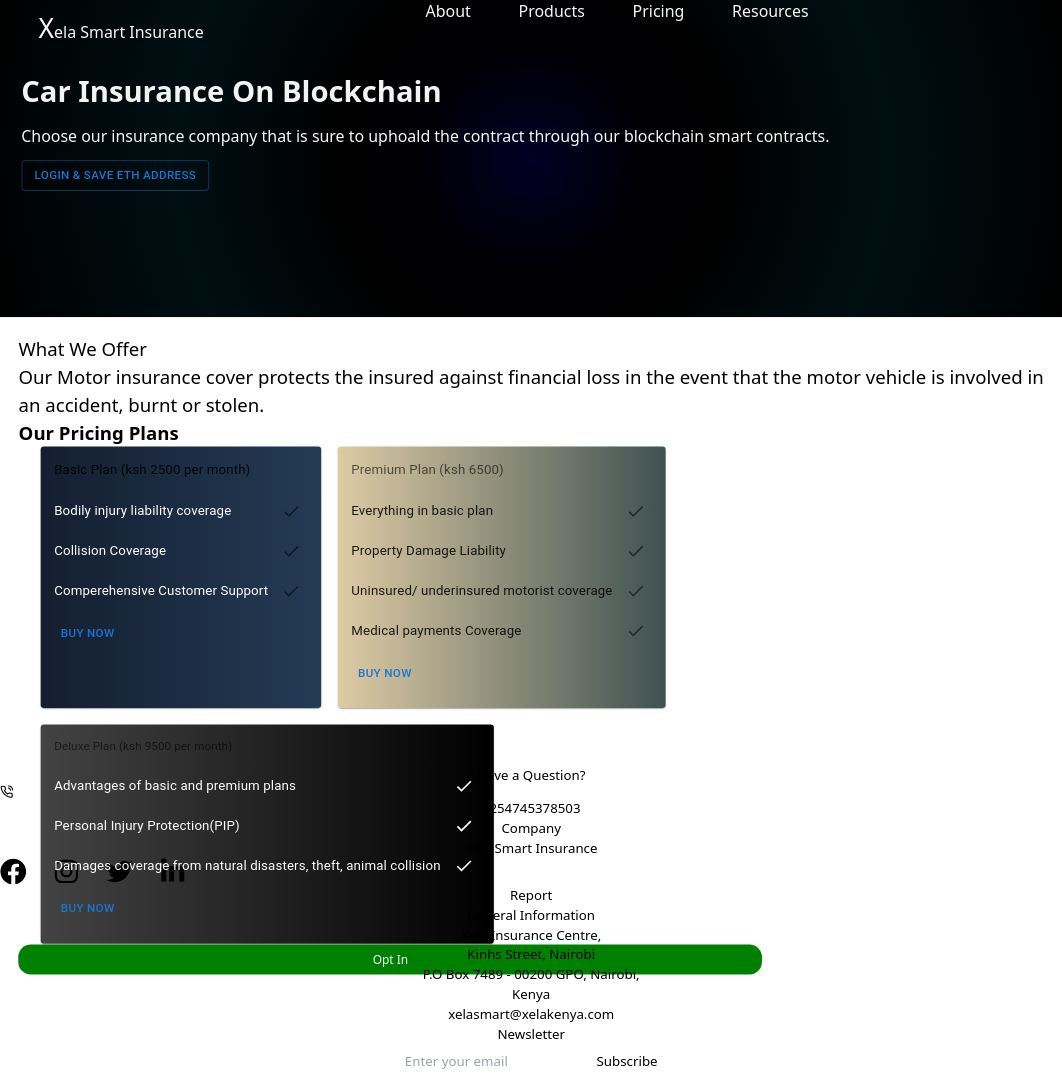
Repository: ALVIN-OBONYO/Xela-smart_insuarance
Page: / (app in frontend/)
These files come from the project's save history. The page is drawn as it stood at one moment and after the next save; the edit follows.
The browser window is 1280 px wide. The pictures show the whole page, at 83% of full size.
The project was rebuilt for these pictures with package versions that can differ from the ones it lists, and the page was loaded fresh each time. Also part of the build but not shown: frontend/src/Pages/Policies.jsx, frontend/src/Components/Calendar.css, frontend/src/Components/Calendar.jsx, frontend/src/Components/Input.js, frontend/src/Components/Upload.css, frontend/src/Components/Upload.js, frontend/src/Pages/ReportForm.jsx, frontend/src/Pages/Report.jsx and 2 more.

Above is the page before, as saved 2022-10-03 16:02:53.

### frontend/public/index.html
<!DOCTYPE html>
<html lang="en">
  <head>
    <meta charset="utf-8" />
    <link rel="icon" href="%PUBLIC_URL%/favicon.ico" />
    <meta name="viewport" content="width=device-width, initial-scale=1" />
    <meta name="theme-color" content="#000000" />
    <meta
      name="description"
      content="Web site created using create-react-app"
    />
    <link rel="apple-touch-icon" href="%PUBLIC_URL%/logo192.png" />
    <!--
      manifest.json provides metadata used when your web app is installed on a
      user's mobile device or desktop. See https://developers.google.com/web/fundamentals/web-app-manifest/
    -->
    <link rel="manifest" href="%PUBLIC_URL%/manifest.json" />
    <!--
      Notice the use of %PUBLIC_URL% in the tags above.
      It will be replaced with the URL of the `public` folder during the build.
      Only files inside the `public` folder can be referenced from the HTML.

      Unlike "/favicon.ico" or "favicon.ico", "%PUBLIC_URL%/favicon.ico" will
      work correctly both with client-side routing and a non-root public URL.
      Learn how to configure a non-root public URL by running `npm run build`.
    -->
    <title>React App</title>
  </head>
  <body>
    <noscript>You need to enable JavaScript to run this app.</noscript>
    <link
    href="https://unpkg.com/tailwindcss@^1.0/dist/tailwind.min.css"
    rel="stylesheet"
  />
  <script
    src="https://cdnjs.cloudflare.com/ajax/libs/web3/1.6.1/web3.min.js"
    integrity="sha512-5erpERW8MxcHDF7Xea9eBQPiRtxbse70pFcaHJuOhdEBQeAxGQjUwgJbuBDWve+xP/u5IoJbKjyJk50qCnMD7A=="
    crossorigin="anonymous"
    referrerpolicy="no-referrer"
  ></script>
    <div id="root"></div>
    <!--
      This HTML file is a template.
      If you open it directly in the browser, you will see an empty page.

      You can add webfonts, meta tags, or analytics to this file.
      The build step will place the bundled scripts into the <body> tag.

      To begin the development, run `npm start` or `yarn start`.
      To create a production bundle, use `npm run build` or `yarn build`.
    -->
  </body>
</html>

### frontend/src/index.js
import React from 'react';
import ReactDOM from 'react-dom/client';
import './index.css';
import App from './App';
import reportWebVitals from './reportWebVitals';
import { BrowserRouter } from 'react-router-dom';
const root = ReactDOM.createRoot(document.getElementById('root'));
root.render(
  <React.StrictMode>
     <BrowserRouter>
       <App />
    </BrowserRouter>
  </React.StrictMode>
);

// If you want to start measuring performance in your app, pass a function
// to log results (for example: reportWebVitals(console.log))
// or send to an analytics endpoint. Learn more: https://bit.ly/CRA-vitals
reportWebVitals();

### frontend/src/App.jsx
import './App.css';
import RoutePages from './Components/RoutePages';

function App() {
  return (
    <div className="App">
      <RoutePages/>
    </div>
  );
}

export default App;

### frontend/src/Components/RoutePages.jsx
import React from 'react'
import { Routes, Route} from 'react-router-dom'
import EntryPage from '../Pages/Entrypage'
import PolicyMaker from '../Pages/Policies'
import ReportForm from '../Pages/ReportForm'
import Report from '../Pages/Report'
import ReportInfo from '../Pages/ReportInfo'
import FormPagination from './FormPagination'
const RoutePages = () => {
    return (


   <Routes>

    <Route exact path="/" element={<EntryPage />} />
    <Route path="policy" element={<PolicyMaker />} />

    <Route path="report/2" element={<ReportForm/> } />
    <Route path="report/1" element={<ReportInfo />} />
    <Route path="report/*" element={<FormPagination />} />

   </Routes>


    )
}

export default RoutePages

### frontend/src/Pages/Entrypage.jsx
import React, {useState, useRef} from 'react'
import "../Components/Navbar.css"
import { FaTimes, FaBars, FaInstagram, FaTwitter, FaLinkedinIn, FaFacebook, } from 'react-icons/fa'
import {FiPhoneCall} from 'react-icons/fi'
import { Link} from 'react-router-dom'
import { loginWithEth } from '../Services/LoginWithEth'
import { truncateAddress } from '../Services/TruncateAddress'
import Web3 from 'web3'
import { getContractSymbol } from '../Services/Contract'
import TextField from '@mui/material/TextField'
import Button from "@mui/material/Button"
import FormGroup from "@mui/material/FormGroup"
import PlanCard from "../Components/Cards"
const Entrypage = () => {
        const [navButton, setNavButton] = useState(false)
        const [policy, setPolicy] = useState("")
        const switchNavState = () => setNavButton(!navButton)
        const buttonLogout = useRef(null)
        const yourAddress = useRef()
        window.userAddress = null



        window.onload = async () => {
            if (window.ethereum) {
                window.web3 = new Web3(window.ethereum)
            } else {
                alert("No ETH browser extension detected.")
            }
        }

        function showAddress() {
          if (!window.userAddress) {
            yourAddress.current.innerText = ""
            buttonLogout.current.classList.add("hidden")
             return false
        }

        yourAddress.innerText = `ETH Address: ${truncateAddress(window.userAddress)}`
        buttonLogout.classList.remove("hidden")
    }

         function logout() {
            window.userAddress = null
            window.localStorage.removeItem(buttonLogout)
            showAddress()
}

    return (
        <>
        <header>
        <nav id="my-nav">
        <h1 className='brand'><span className='X'>X</span>ela Smart Insurance</h1>
        <div className='toogleNav' onClick={switchNavState} >{navButton ?
        <div id="bars">

            <FaBars size="2.5em"/>
            </div> :
            <div className = "navflex">
            <div id="times">
                <FaTimes />
                </div>
            <h4>About</h4>
            <h4>Products</h4>
            <h4>Pricing</h4>
            <h4>Resources</h4>
            </div>

}
        </div>
        <div className='nav-section'>
            <h4>About</h4>
            <h4>Products</h4>
            <h4>Pricing</h4>
            <h4>Resources</h4>
        </div>
        </nav>
        <section className="top-descr" id='top'>
            <h1 id="top-h3">Car Insurance On Blockchain</h1>
            <p id="top-pg">Choose our insurance company that is sure to uphoald the contract through our blockchain smart contracts.</p>
            <div id="policy-sec">
                {/* <FormGroup row >
               <TextField
                variant="outlined"
                placeholder='Enter your policy number'
                sx={{
                    borderRadius: 0,
                    padding: 0
                }}
                />
                <Button variant="contained" sx={{
                    borderRadius: 0,
                    padding: "6px"
                }}>Verify</Button>
                    </FormGroup> */}

            <Button variant="outlined" onClick={loginWithEth}>Login & Save ETH Address
                </Button>
                <p id="userAddress" className="text-gray-600" ref={yourAddress}></p>
                <button id="logoutButton" onClick={logout} className="hidden text-blue-500 underline" ref={buttonLogout}>Logout</button>
                           </div>
        </section>
        </header>
        <div className='about-descr' id="descr">
            <h2>What We Offer</h2>
            <p>
            Our Motor insurance cover protects the insured against financial loss in the event that the motor vehicle is involved in an accident, burnt or stolen.</p>

            <p>


<b>Our Pricing Plans</b>
</p>
<PlanCard />
            <Link to="/policy"><button id="buy-policy" onClick={getContractSymbol}>Opt In</button></Link>
        </div>
        <div id="land-footer">
            <div>
            <h2>Have a Question?</h2>
             <h3><FiPhoneCall /> +254745378503</h3>
             <h2>Company</h2>
             <h3>Xela Smart Insurance</h3>
             <div id="social-icons">
               <FaFacebook size="2em"/>
               <FaInstagram size="2em"/>
               <FaTwitter size="2em"/>
               <FaLinkedinIn size="2em"/>
             </div>
             <div>
                <Link to="/report/1">Report</Link>
                <h2>General Information</h2>
                <h4>Xela Insurance Centre,</h4>
                <h4>Kinhs Street, Nairobi</h4>
                <h4>P.O Box 7489 - 00200 GPO, Nairobi,</h4>
                <h4>Kenya</h4>
                <h4>xelasmart@xelakenya.com</h4>
                <h2>Newsletter</h2>
                <input type="text" placeholder="Enter your email" />
                <button>Subscribe</button>
             </div>
            </div>
        </div>
        </>
    )
}

export default Entrypage

### frontend/src/Components/Navbar.css
nav {
    width: 100vw;
    display: flex;
    justify-content: flex-start;
    align-items: flex-start;
}

.brand {
    flex-grow: 1;
    text-align: start;
    padding-left: 2.9rem;
    margin-top: 0.6rem;
    font-size: 1.2rem;
}

.X {
    font-size: 2rem;

}
.nav-section {
    display: flex;
    flex-grow: 1;
    gap: 3em;
    font-size: 1.2rem;
    padding-right: 2em;
    justify-content: flex-start;
    align-items: center;
}
.top-descr, .about-descr  {
    margin-top: 0;
    padding: 1em;
    text-align: justify;
    font-size: 1.6rem;
    height: 45vh;

}

#descr {
    font-size: 1.4rem;
    height: 75vh;
}

#top > h1 {
    font-size: 2.2rem;
    font-weight: 700;
    color: rgba(255, 255, 255, 0.952);
    margin-bottom: 0.4em;

}
header {
    background: rgb(2,0,36);
background: radial-gradient(circle, rgba(2,0,36,1) 0%, rgba(1,0,5,1) 20%, rgba(0,0,0,1) 35%, rgba(0,15,19,1) 64%, rgba(0,0,0,1) 100%);
    color: rgb(248, 248, 248);
}


#top-pg {

    font-size: 1.2rem;
    margin-bottom: 0.9rem;
}
#policy-sec {
    display: flex;
    gap: 0.8em;

}
input[type=text] {
    flex-grow: 1;
    height: 2.5em;
}
#btn-policy {
    background-color: rgb(0, 39, 90);
    flex-grow: 1;
    color: wheat;
    border: none;
    margin-top: 0.8em;
    border-radius: 5px;
    padding: 0.6rem;
    font-size: 1.4rem;
    font-weight: 500;

}
#buy-policy {
    width: 70vw;
    height: 2.5em;
    border: none;
    background-color: #008000;
    color:aliceblue;
    font-size: 0.9rem;
    border-radius: 15px;
}
#social-icons {
    display: flex;
    gap: 2em;
}
#footer {
    background-color: rgba(128, 128, 128, 0.13);
    text-align: start;
    padding: 1.2em  0.9em;
}

.navflex {
    display: flex;
    flex-direction: column;
    justify-content: center;
    align-items: center;
    gap: 2em;
    background-color: rgba(19, 20, 27, 0.918);
    color: white;
    width: 100vw;
    height: 100vh;
    right: 0;
    top: 0;
    position: absolute;
    text-transform: uppercase;
    /* animation-name: ${navanim}; */
}
@media screen and (max-width: 600px){
   .nav-section {

      display: none;
   }


}

@media screen and (min-width: 600px){
    .toogleNav {
        display: none;
        padding: 1.3em;
    }
}

### frontend/src/Services/LoginWithEth.js
import { showAddress } from "./showAddress";
export async function loginWithEth() {
    if (window.web3) {
        try {
            const selectedAccount = await window.ethereum.request({
                method: "eth_requestAccounts"
            })
            .then((accounts) => accounts[0])
            .catch(() => {
                throw Error("No account selected!")
            })

          window.userAddress = selectedAccount;
          window.localStorage.setItem("userAddress", selectedAccount);
        //   showAddress()
        }
        catch (error) {
            console.error(error)
        }
    } else {
        alert("No ETH browser extension detected.");
    }
}

### frontend/src/Services/TruncateAddress.js
export function truncateAddress(address) {
    if (!address) {
        return "";
    }
    return `${address.substr(0, 5)}...${address.substr(
        address.length - 5,
        address.length
      )}`;
}

### frontend/src/Services/Contract.js
window.ABI = require('./contract-abi.json')
export async function getContractSymbol() {
    const CONTRACT_ADDRESS = "0x1A5b30a61CED9B4D9c209E7F1d2fbD38657f8EB1"

    const contract = new window.web3.eth.Contract(
        window.ABI,
        CONTRACT_ADDRESS
    )

    const symbol = await contract.methods.symbol().call({
        from: window.userAddress    })

    alert(`Contract ${CONTRACT_ADDRESS} Symbol: ${symbol}`);
}

### frontend/src/Components/Cards.jsx
import * as React from 'react'
import Box from '@mui/material/Box'
import Card from '@mui/material/Card'
import CardActions from '@mui/material/CardActions'
import CardContent from '@mui/material/CardContent'
import Button from '@mui/material/Button'
import Typography from '@mui/material/Typography'
import {MdDone} from 'react-icons/md'
import List from '@mui/material/List'
import ListItem from '@mui/material/ListItem'
import ListItemText from '@mui/material/ListItemText'
import  IconButton  from '@mui/material/IconButton'

const planValues = [
    {id: 1, text: "Bodily injury liability coverage"},
    {id: 2, text: "Collision Coverage"},
    {id: 3, text: "Comperehensive Customer Support"}

]

const premium = [
    {id: 1, text: "Everything in basic plan"},
    {id: 2, text: "Property Damage Liability"},
    {id: 3, text: "Uninsured/ underinsured motorist coverage"},
    {id: 3, text: "Medical payments Coverage"},
]

const deluxe = [
    {id: 1, text: "Advantages of basic and premium plans"},
    {id: 2, text: "Personal Injury Protection(PIP)"},
    {id: 3, text: "Damages coverage from natural disasters, theft, animal collision"},

]
const PlanCard = () => {
    return (
        <Box sx={{ display: "flex", mx: "1.2em", flexDirection: "row", flexWrap: "wrap", gap: "0.9em"}}>
        <Card sx={{background: 'linear-gradient(to right, #141e30, #243b55)', color: 'white'}}>
        <CardContent>
            <Typography sx={{ fontSize: 16}} color="text.primary" gutterBottom>
                Basic Plan   (ksh 2500 per month)
            </Typography>
            <List sx={{ width: '100%'}}>
                {planValues.map((elem)=> (
                <ListItem key={elem.id} disableGutters secondaryAction={
                    <IconButton>
                        <MdDone />
                    </IconButton>
                }>
                <ListItemText primary={elem.text} />
                </ListItem>
                ))}
            </List>
            <Button>Buy Now</Button>
        </CardContent>
        </Card>
        <Card sx={{background: "linear-gradient(to right, #DECBA4, #3E5151)"}}>
        <CardContent>
            <Typography sx={{ fontSize: 16}} color="text.secondary" gutterBottom>
                Premium Plan   (ksh 6500)
            </Typography>
            <List sx={{ width: '100%'}}>
                {premium.map((elem)=> (
                <ListItem key={elem.id} disableGutters secondaryAction={
                    <IconButton>
                        <MdDone />
                    </IconButton>
                }>
                <ListItemText primary={elem.text} />
                </ListItem>
                ))}
            </List>
            <Button>Buy Now</Button>
        </CardContent>
        </Card>
        <Card sx={{background: "linear-gradient(to right, #434343 0%, black 100%)", color: "white"}}>
        <CardContent>
            <Typography sx={{ fontSize: 14}} color="text.secondary" gutterBottom>
                Deluxe Plan   (ksh 9500 per month)
            </Typography>
            <List sx={{ width: '100%'}}>
                {deluxe.map((elem)=> (
                <ListItem key={elem.id} disableGutters secondaryAction={
                    <IconButton>
                        <MdDone color="white"/>
                    </IconButton>
                }>
                <ListItemText primary={elem.text} />
                </ListItem>
                ))}
            </List>
            <Button>Buy Now</Button>
        </CardContent>
        </Card>
        </Box>
    )
}

export default PlanCard

Loaded but not shown: frontend/src/index.css (common file); frontend/src/reportWebVitals.js (common file); frontend/src/App.css (common file); frontend/src/Services/contract-abi.json (501 lines, source omitted); frontend/src/Services/showAddress.js (no stored copy; drawn as an empty file)

After the next save:
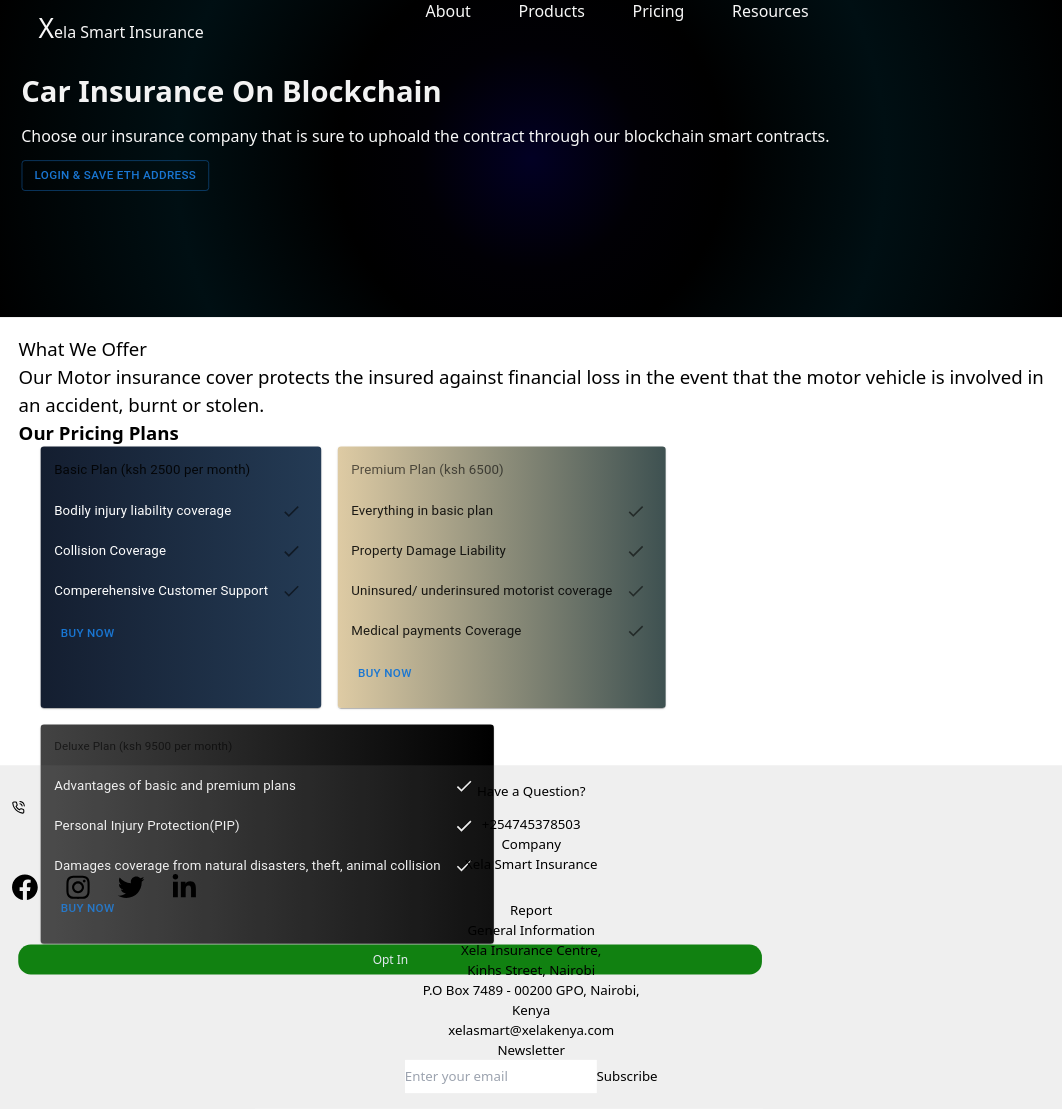
Saved 3 min 10 s later.
--- a/frontend/src/Components/Navbar.css
+++ b/frontend/src/Components/Navbar.css
@@ -93,9 +93,9 @@ input[type=text] {
     display: flex;
     gap: 2em;
 }
-#footer {
+#land-footer {
     background-color: rgba(128, 128, 128, 0.13);
-    text-align: start;
+    position: relative;
     padding: 1.2em  0.9em;
 }
 
